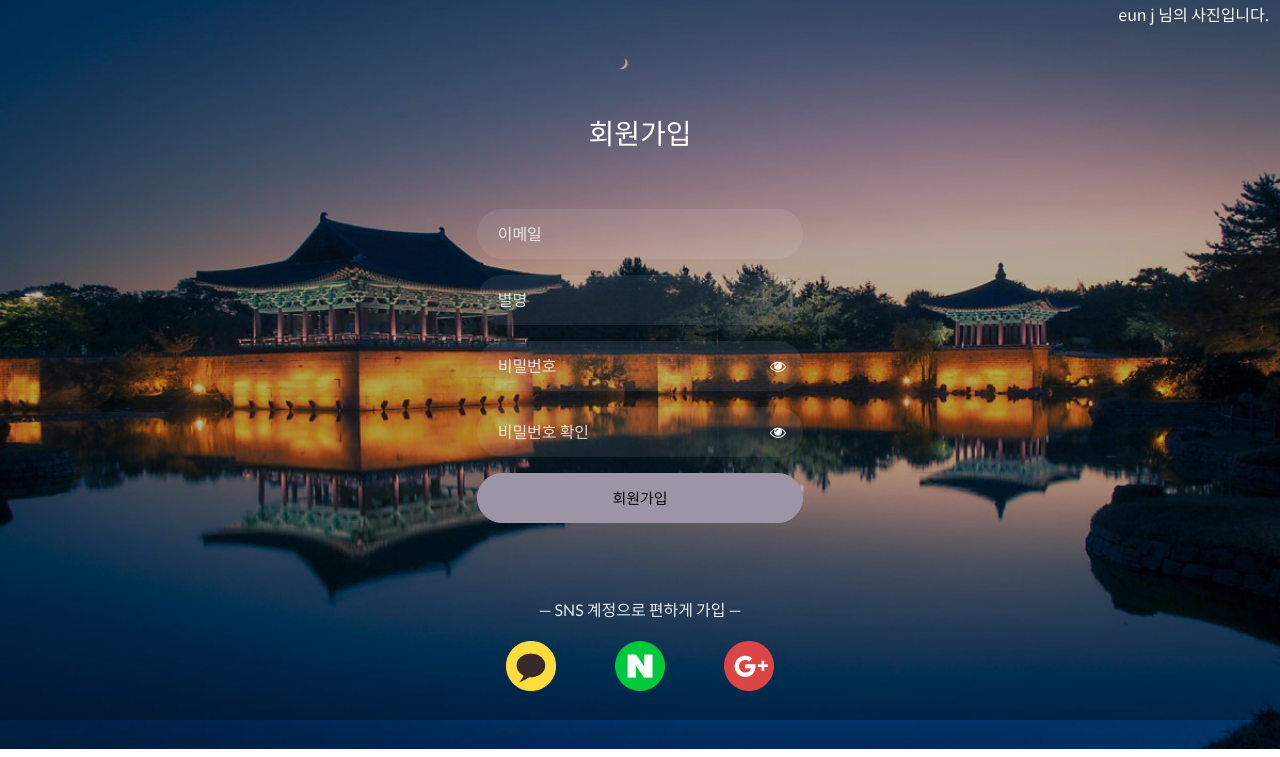
Repository: jangseohyun/LEGGO_2021
Page: http://localhost/PrjApp/Signin.jsp
These files come from the project's save history. The page is drawn as it stood at one moment and after the next save; the edit follows.
The browser window is 1280 px wide. The pictures show the whole page.
The page is served by Tomcat 9.

Above is the page before, as saved 2021-06-26 11:51:01.

After the next save:
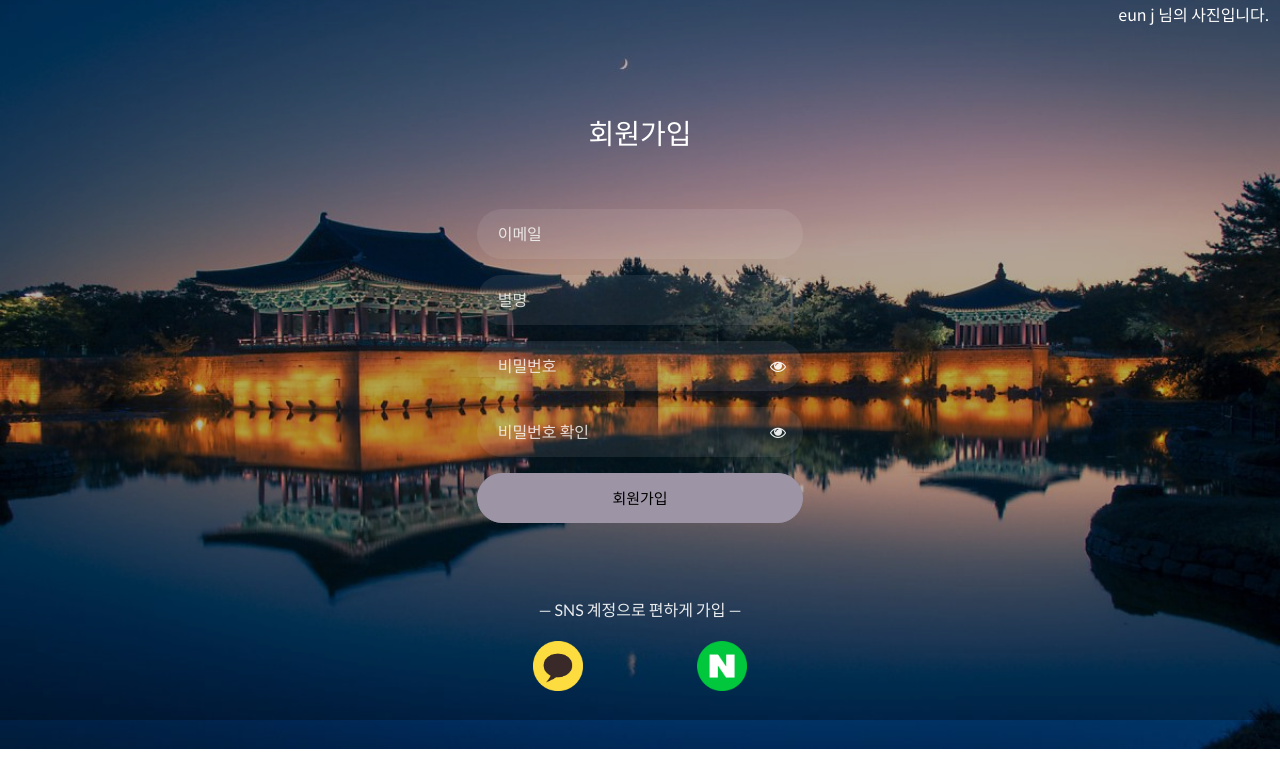
Saved 4 min 19 s later.
--- a/PrjApp/WebContent/Signin.jsp
+++ b/PrjApp/WebContent/Signin.jsp
@@ -68,7 +68,7 @@
 						<div class="social d-flex" style="text-align: center;">
 							<a><img src="images/kakao_login.png" width="50px"></a>
 							<a><img src="images/naver_login.png" width="50px" style="border-radius: 5px;"></a>
-							<a><img src="images/google_login.jpg" width="50px" style="border-radius: 5px;"></a>
+							<div class="googlelogin g-signin2" data-width="50" data-height="50" data-longtitle="true" data-onsuccess="onSignIn"></div>
 						</div>
 					</div>
 				</div>
